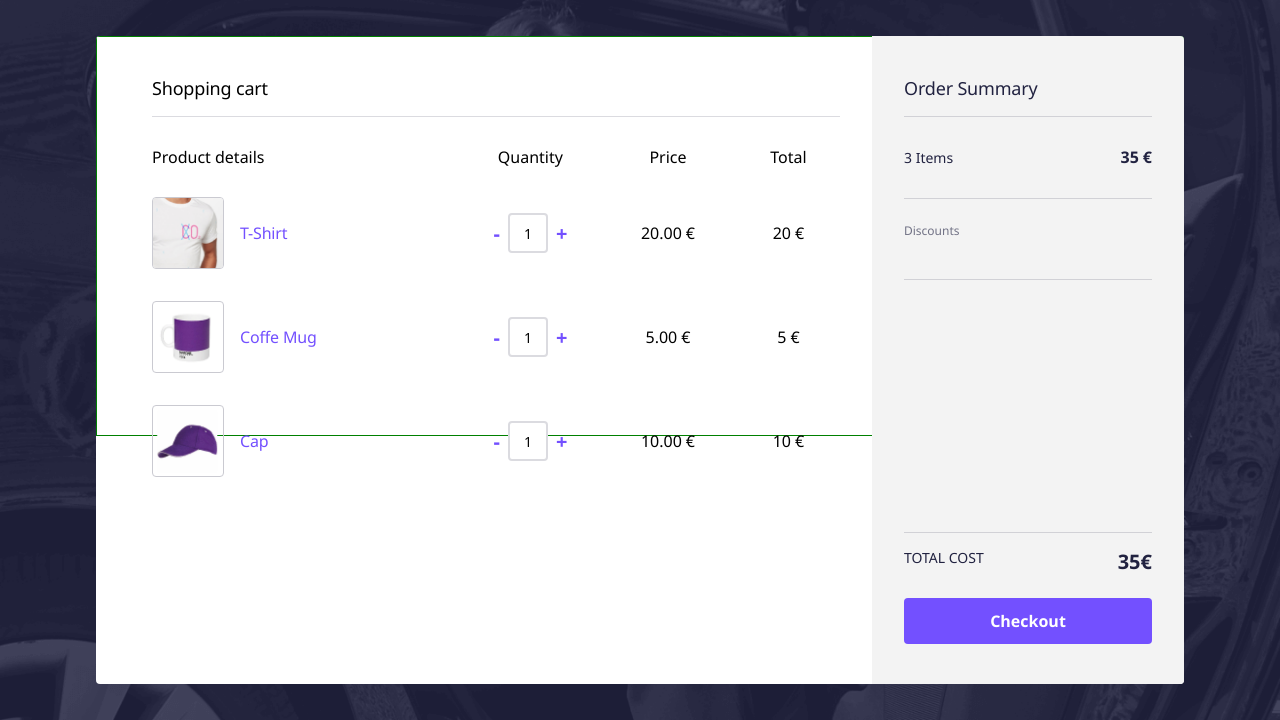
Repository: banchiec/challengecbfy
Page: /
An editor plug-in stored every save of this project. The page is shown before and after the next save, followed by the edit.
The browser window is 1280 px wide. The pictures show the whole page.
Some web fonts or font styles are not loaded; a fallback is used. The project was rebuilt for these pictures with package versions that can differ from the ones it lists, and the page was loaded fresh each time. Also part of the build but not shown: craco.config.js.

Above is the page before, as saved 2021-12-11 01:17:27.

After the next save:
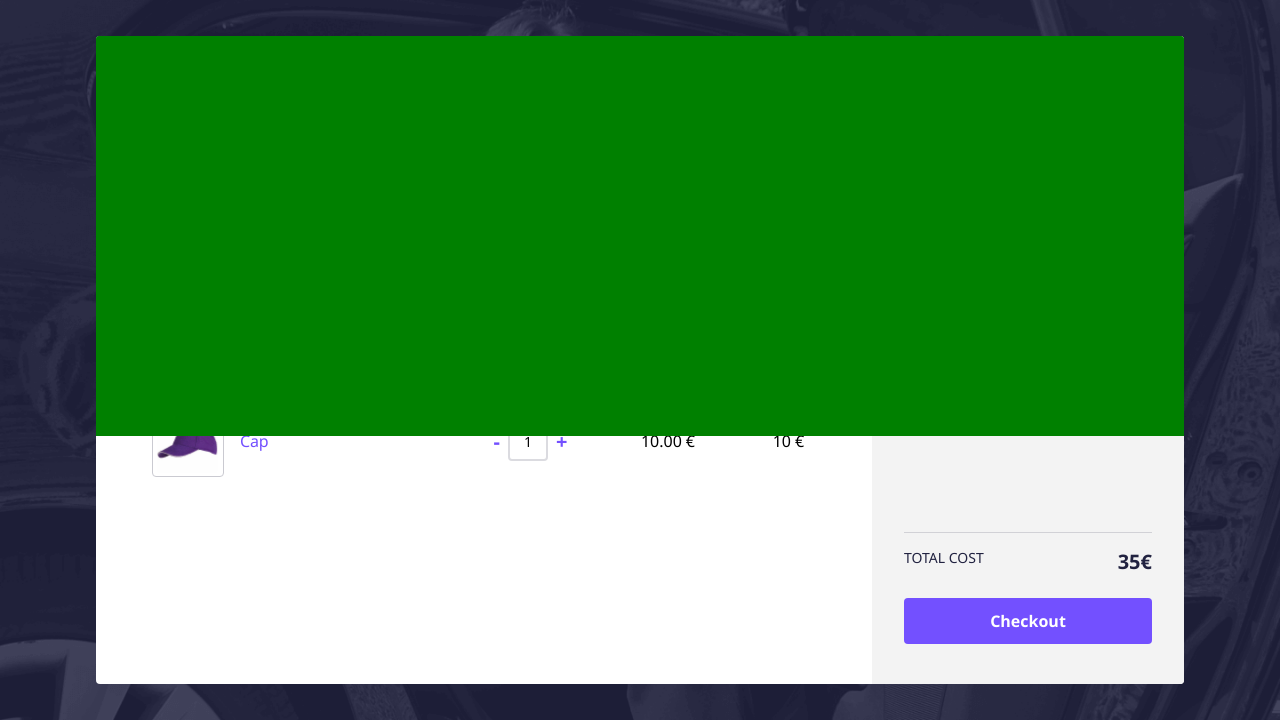
Saved 9 s later.
--- a/src/App.css
+++ b/src/App.css
@@ -493,7 +493,8 @@ input {
   position: absolute ;
   width: 1088px;
   height: 400px;
-  z-index: -1;
+  z-index: 1;
+  background-color: green;
   /* left: 176px; */
   /* top: 126px; */
   border: 1px solid green;
